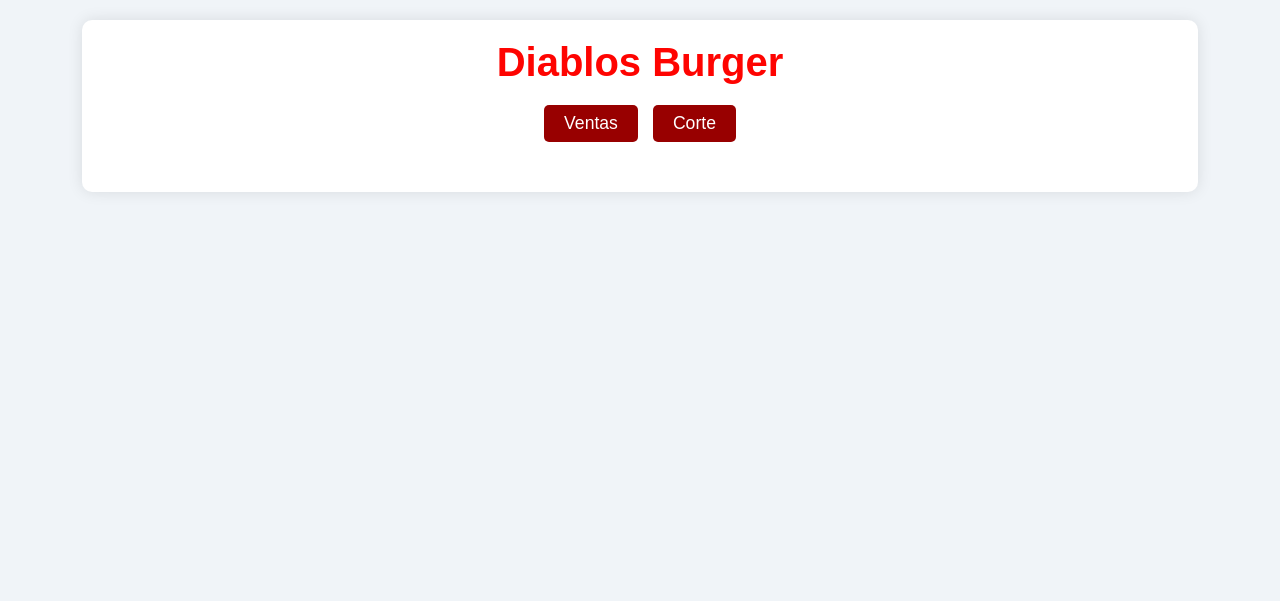
Repository: ElyulienUwU/Ingenieria_De_Software-Hamburguesas-
Page: SW hamburgesas/complementos/index.html
The author's editor kept a copy of each file at every save. The page is drawn from the files as they stood at one save, then again after a run of saves.
The browser window is 1280 px wide. The pictures show the whole page.
After loading, the first visible `button` was clicked once.

Above is the page before, as saved 2025-05-02 21:28:51.
Console error: TypeError: Cannot read properties of null (reading 'addEventListener')

After the next 2 saves:
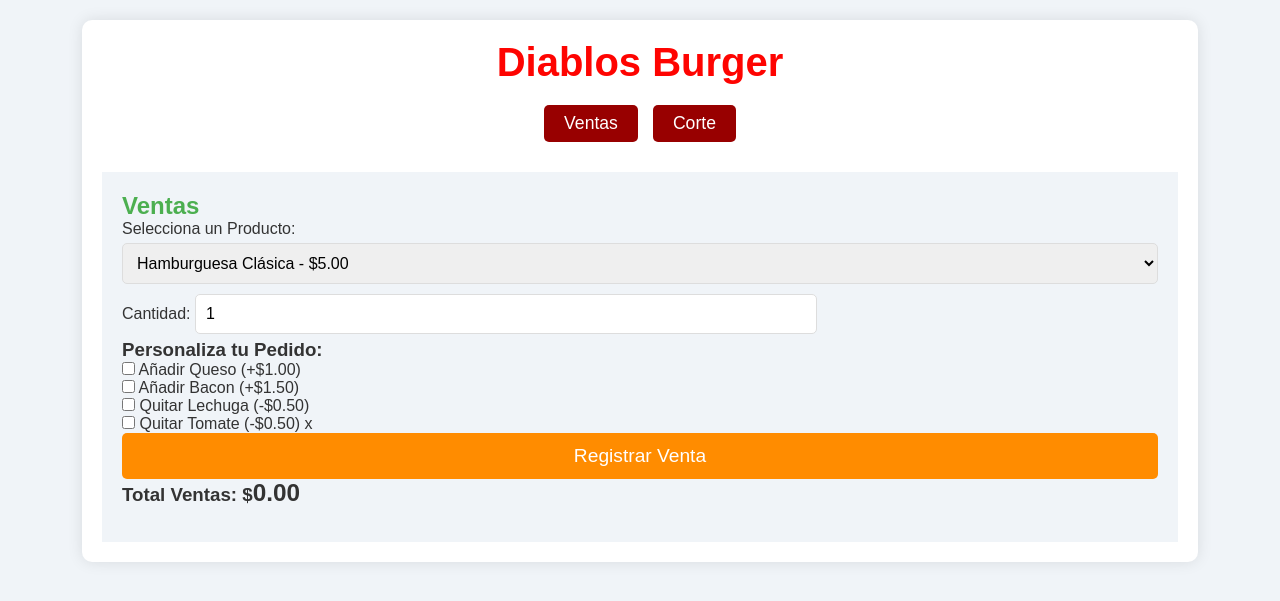
The 2 saves are shown as one change because they came seconds apart.
The last was saved 84 s later.
--- a/SW hamburgesas/js/ventas.js
+++ b/SW hamburgesas/js/ventas.js
@@ -1,13 +1,13 @@
 let sales = JSON.parse(localStorage.getItem('ventas')) || [];
+
+function showSection(section) {
+    const sections = document.querySelectorAll('.section');
+    sections.forEach(sec => sec.classList.remove('active'));
+    document.getElementById(section).classList.add('active');
+}
 
 document.getElementById("form-venta").addEventListener("submit", function (e) {
     e.preventDefault();
-
-    function showSection(section) {
-        const sections = document.querySelectorAll('.section');
-        sections.forEach(sec => sec.classList.remove('active'));
-        document.getElementById(section).classList.add('active');
-    }
 
     const producto = document.getElementById("producto").value;
     const cantidad = parseInt(document.getElementById("cantidad").value);
